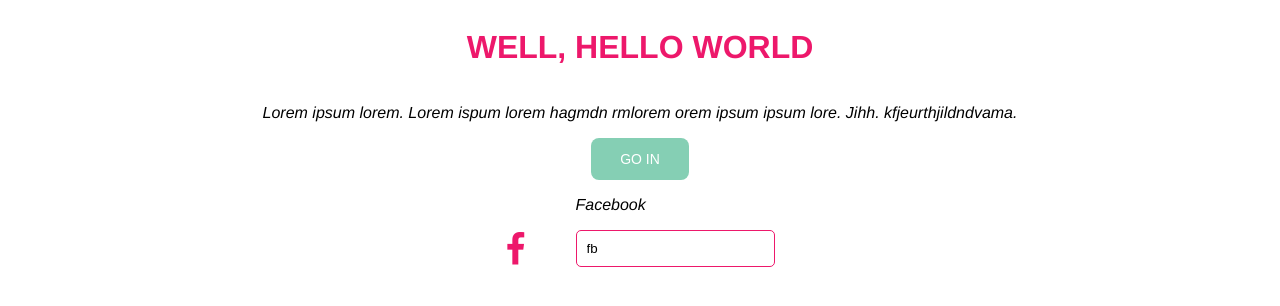
Repository: dianabit/react-app
Page: /, after clicking the first element matching `button.sc-bRKDuR`
An editor plug-in stored every save of this project. The page is shown before and after the next save, followed by the edit.
The browser window is 1280 px wide. The pictures show the whole page.
Some web libraries are served in a nearby version. The project was rebuilt for these pictures with package versions that can differ from the ones it lists, and the page was loaded fresh each time. Also part of the build but not shown: webpack.config.js.

Above is the page before, as saved 2018-12-01 14:08:06.

After the next save:
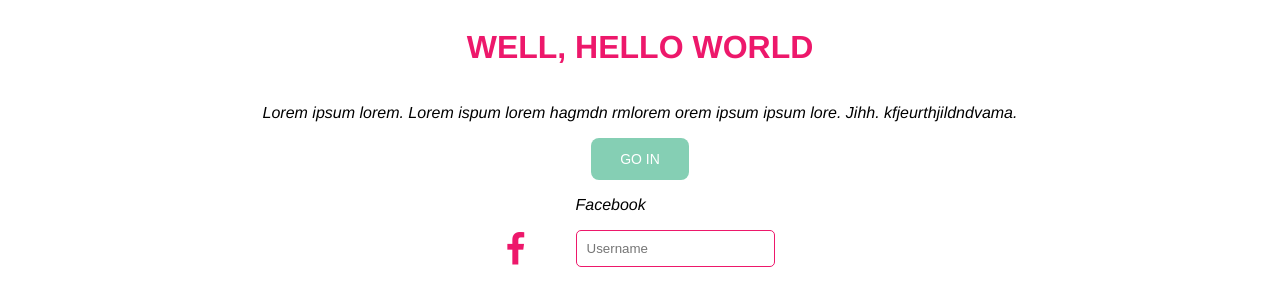
Saved 40 s later.
--- a/src/components/Form/FormInput.js
+++ b/src/components/Form/FormInput.js
@@ -38,10 +38,10 @@ function FormInput(props) {
       <Field className="mb-4">
         <Paragraph fontStyle="italic" text="Facebook"/>
         <Input
-          name="facebook"
-          value="fb"
+          name="Username"
           onChange={onChange}
           onBlur={onBlur}
+          placeholder="Username"
         />
       </Field>
     </FieldWrapper>
